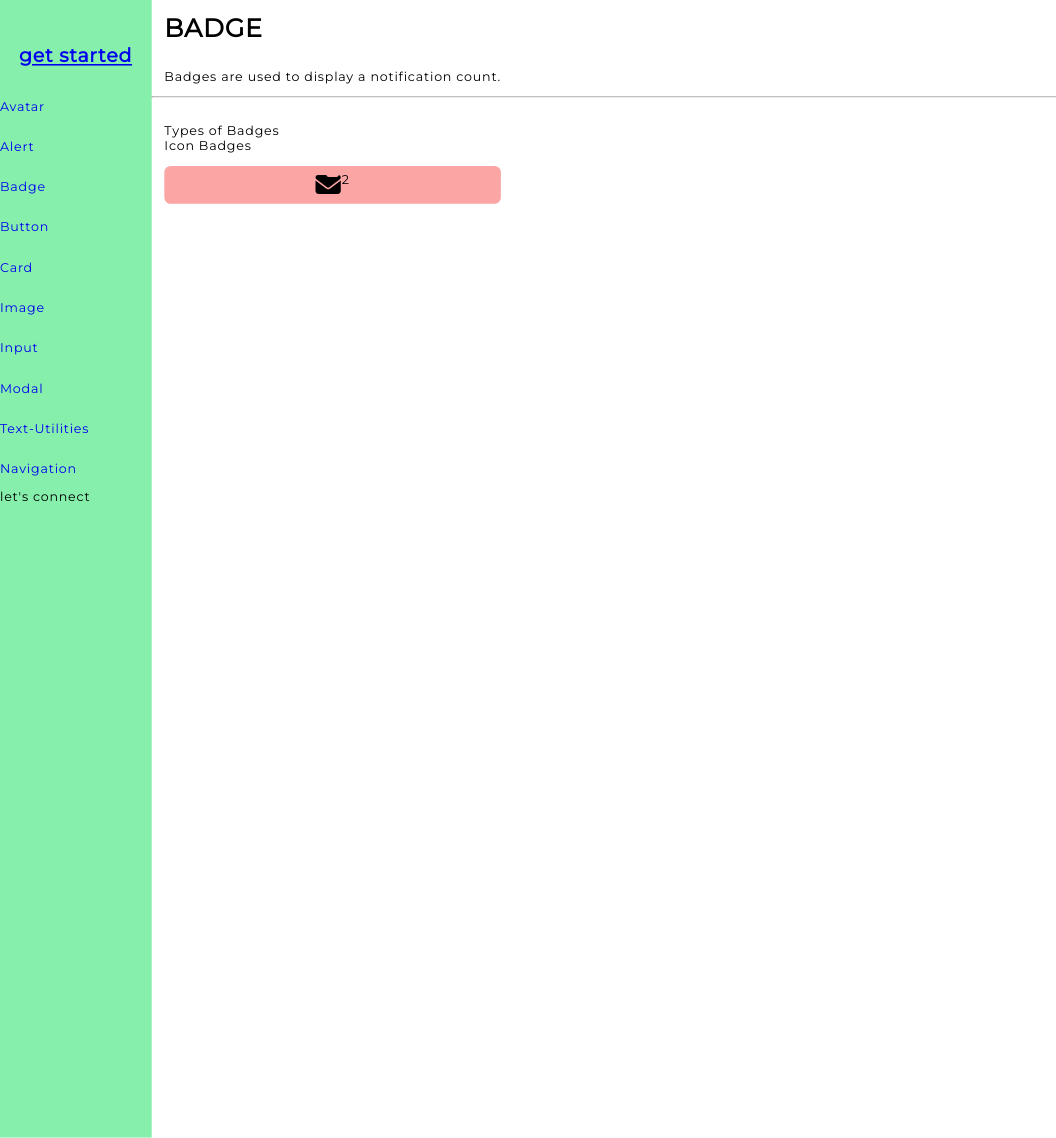
Repository: Anasooya2601/Components_UI
Page: components/Badge/Badge.html
These files come from the project's save history. The page is drawn as it stood at one moment and after the next save; the edit follows.
The browser window is 1280 px wide. The page is 1337 px wide, so the pictures cover 1337 px, including what lies to the right of the window. The pictures show the whole page, at 79% of full size.
Some web libraries are served in a nearby version.

Above is the page before, as saved 2022-02-12 13:34:00.
Not found: components/
Not found: components/Avatar/index.css

After the next save:
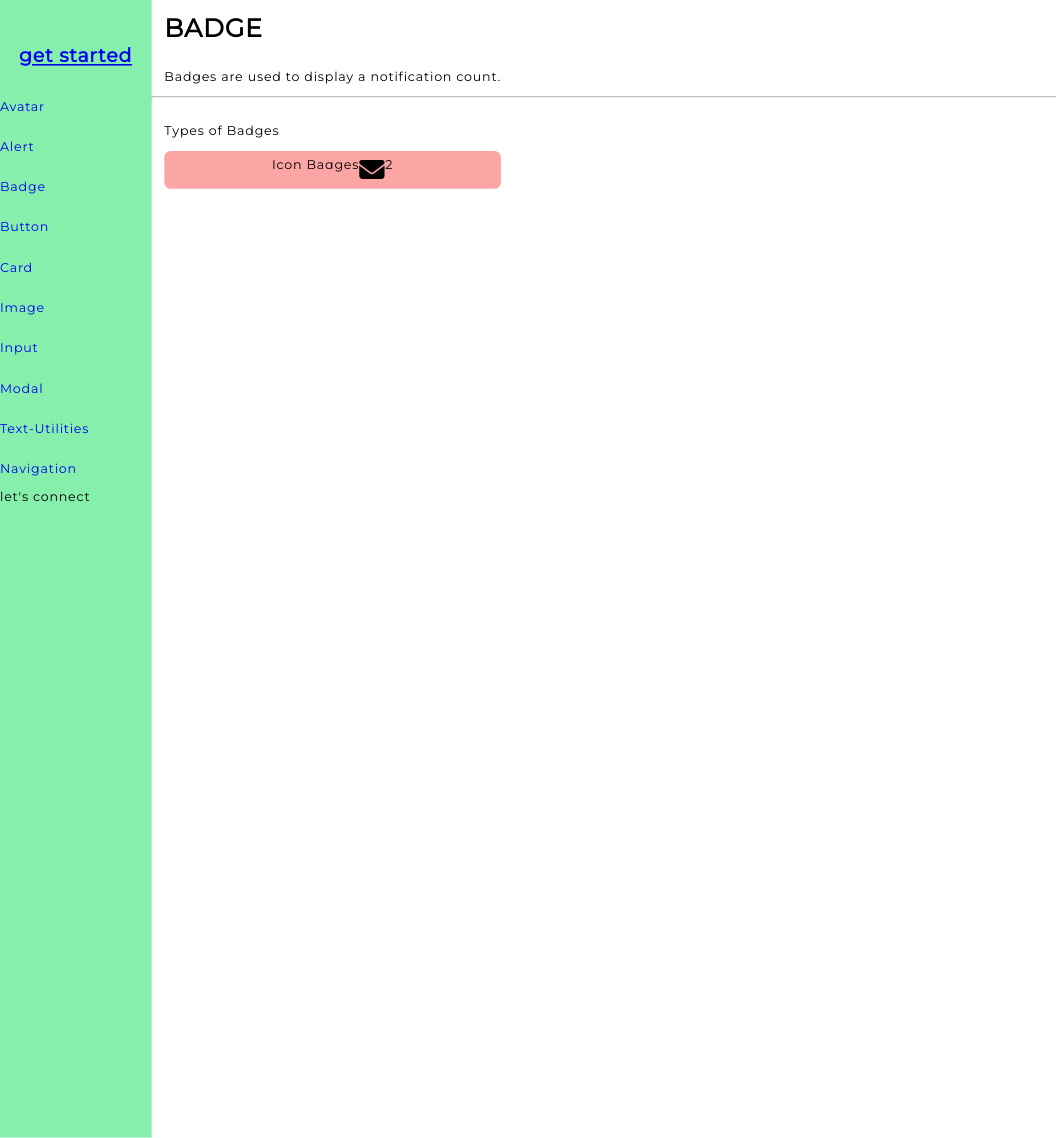
Saved 28 s later.
--- a/components/Badge/Badge.html
+++ b/components/Badge/Badge.html
@@ -59,11 +59,12 @@
         <div class="section-main">
 
 <div class="section-info">Types of Badges
-<p>Icon Badges</p>
+
 <div class="badge-main">
 
     <div class="badge-container">
         <div class="badge">
+            <p>Icon Badges</p>
             <i class="fas fa-envelope fa-2x"></i>
             <div class="env notification"></div>
             <span>2</span>

After the save that followed:
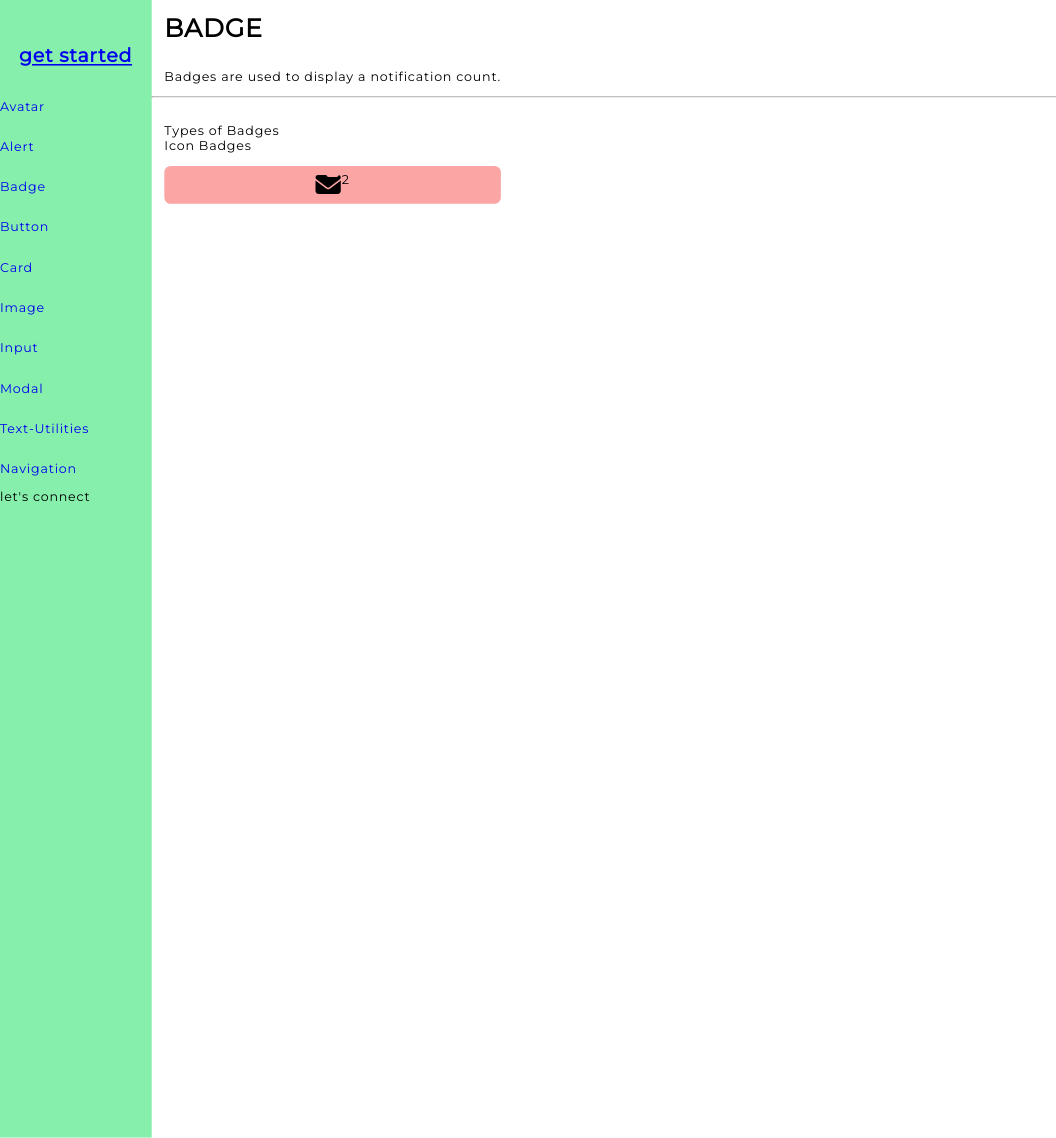
Saved 10 s later.
--- a/components/Badge/Badge.html
+++ b/components/Badge/Badge.html
@@ -61,10 +61,10 @@
 <div class="section-info">Types of Badges
 
 <div class="badge-main">
-
+    <p>Icon Badges</p>
     <div class="badge-container">
         <div class="badge">
-            <p>Icon Badges</p>
+
             <i class="fas fa-envelope fa-2x"></i>
             <div class="env notification"></div>
             <span>2</span>
